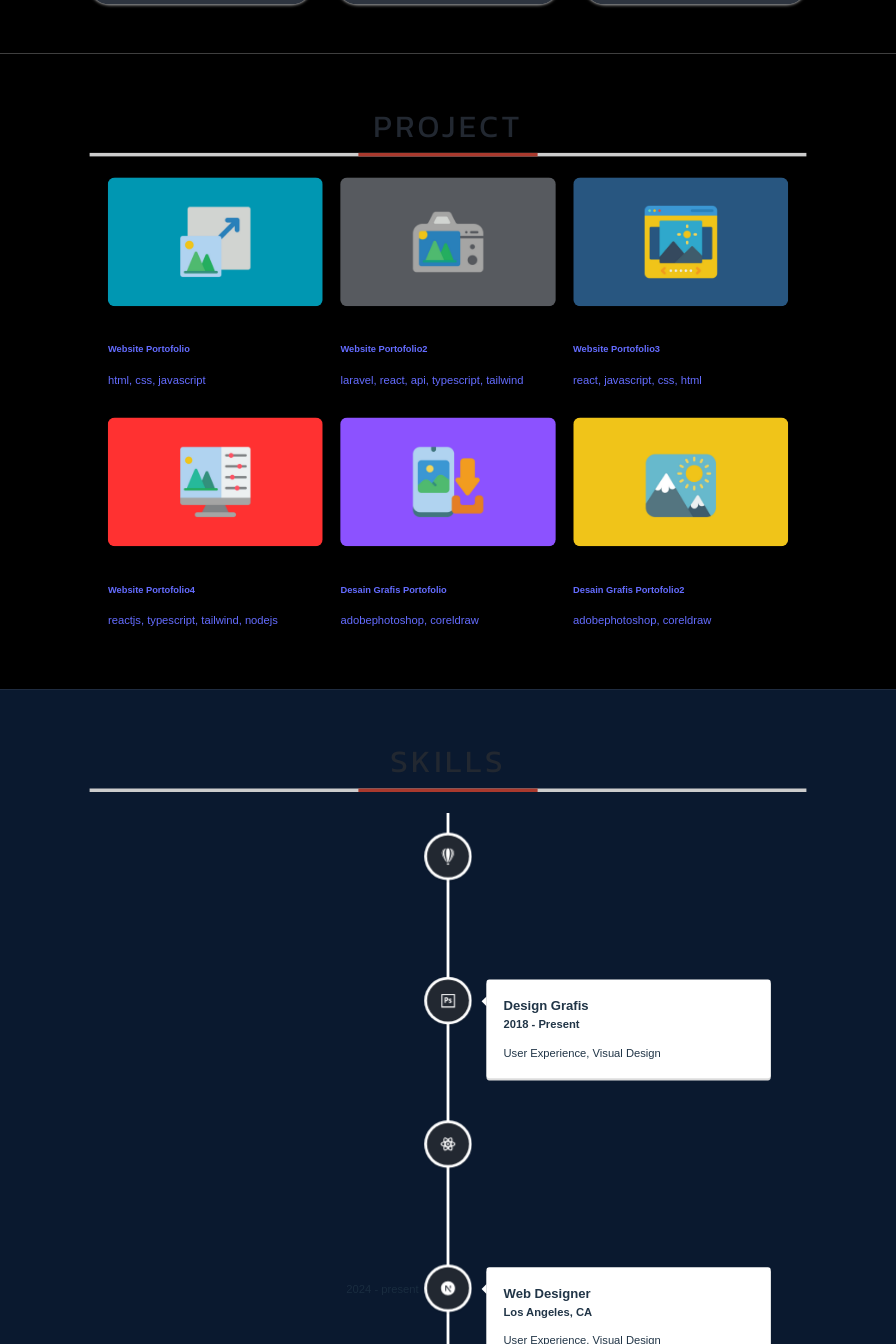
Repository: sellayspy/Portofolio
Page: /
These files come from the project's save history. The page is drawn as it stood at one moment and after the next save; the edit follows.
The browser window is 1280 px wide. The pictures show the part of the page from y = 1748 to 3668 px (the page is 5130 px tall before and 5157 px after), at 70% of full size.
The project was rebuilt for these pictures with package versions that can differ from the ones it lists, and the page was loaded fresh each time. Also part of the build but not shown: vite.config.js, src/styles/DetailPortfolio.css, src/components/ScrollToTop.jsx, src/pages/DetailPortfolio.jsx, src/pages/PagesNotFound.jsx.

Above is the page before, as saved 2024-09-16 15:11:32.

After the next save:
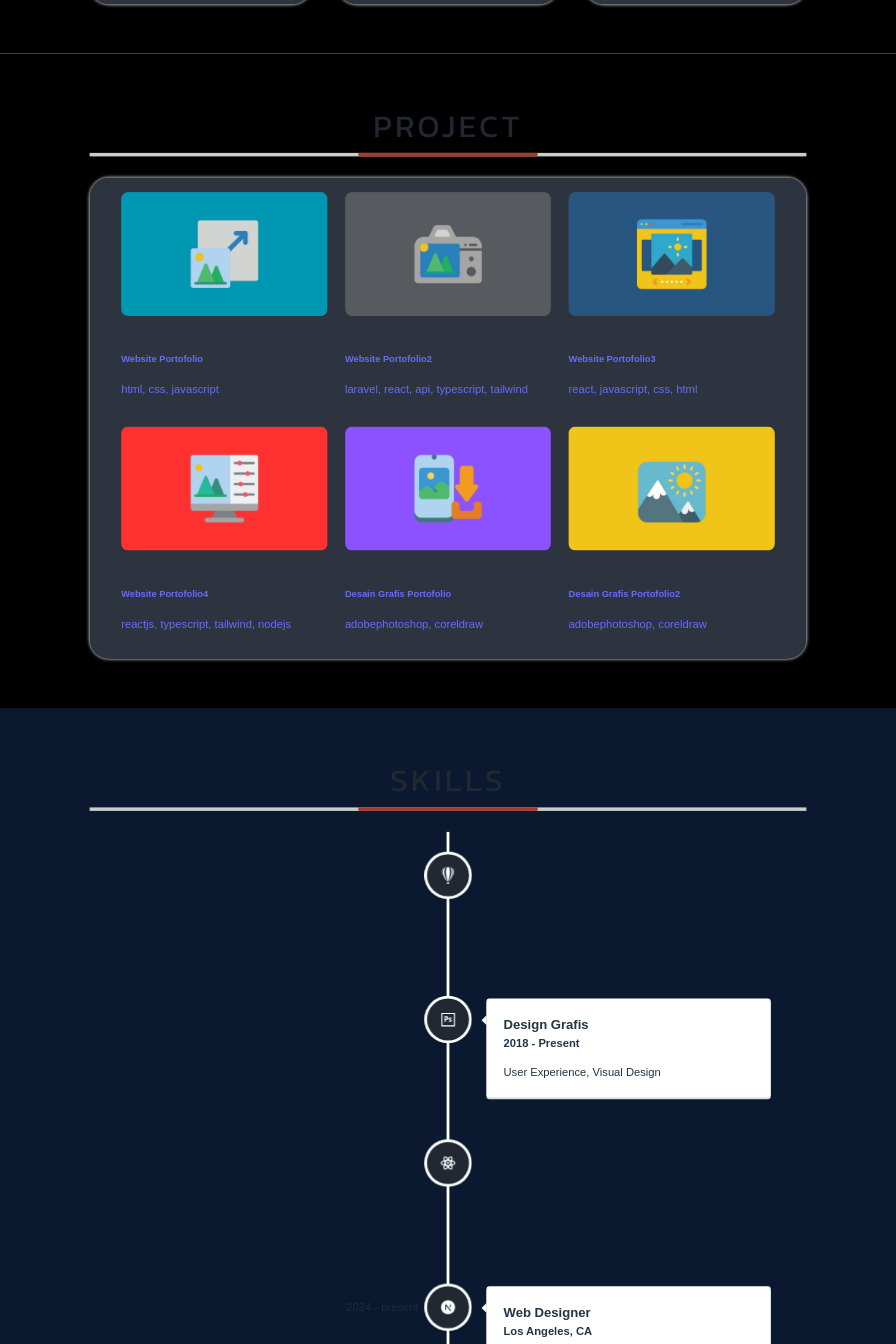
Saved 2 min 18 s later.
--- a/src/styles/Portfolio.css
+++ b/src/styles/Portfolio.css
@@ -21,6 +21,15 @@
   margin-bottom: 1.4rem;
 }
 
+.row {
+  background: #2d343f;
+  border-radius: 28px;
+  border: 1px solid transparent;
+  box-shadow: 0 0 5px #fff;
+  padding: 20px;
+  transition: all 0.5s;
+}
+
 @media only screen and (max-width: 1000px) {
   .grid {
     grid-template-columns: 45% 45%;
